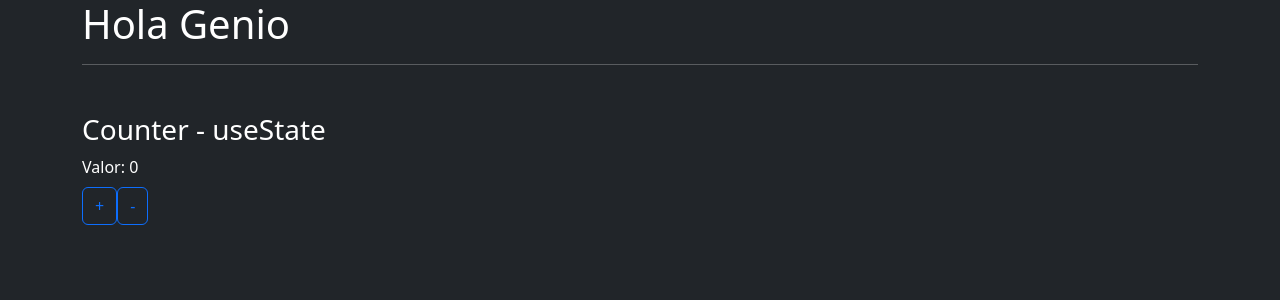
Repository: ChristianGecchelin/Typescript-Course1
Page: /
The author's editor kept a copy of each file at every save. The page is drawn from the files as they stood at one save, then again after the next save.
The browser window is 1280 px wide. The pictures show the whole page.
The project was rebuilt for these pictures with package versions that can differ from the ones it lists, and the page was loaded fresh each time.

Above is the page before, as saved 2022-08-16 13:09:38.

After the next save:
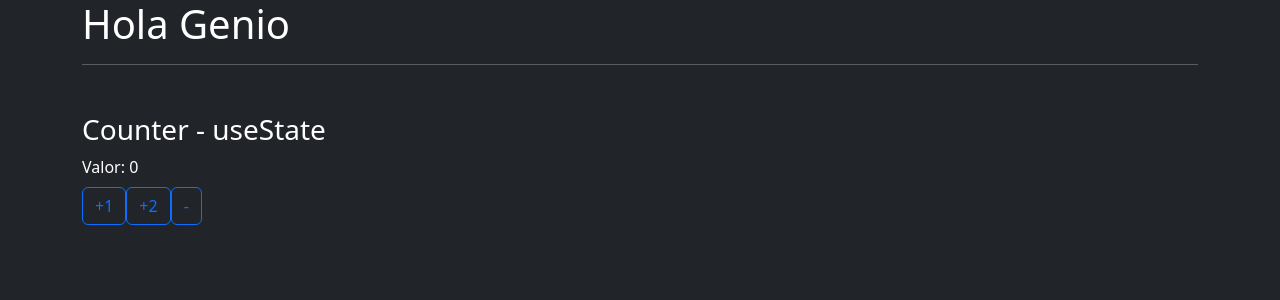
Saved 62 s later.
--- a/src/components/Counter.tsx
+++ b/src/components/Counter.tsx
@@ -15,8 +15,9 @@ export const Counter = () => {
       <span>Valor: {counter}</span>
       <br />
       <button className="btn btn-outline-primary mt-2" onClick={incrementar}>
-        +
+        +1
       </button>
+      <button className="btn btn-outline-primary mt-2" onClick={incrementar}>+2</button>
       <button className="btn btn-outline-primary mt-2" onClick={decrementar}>-</button>
     </div>
   );
